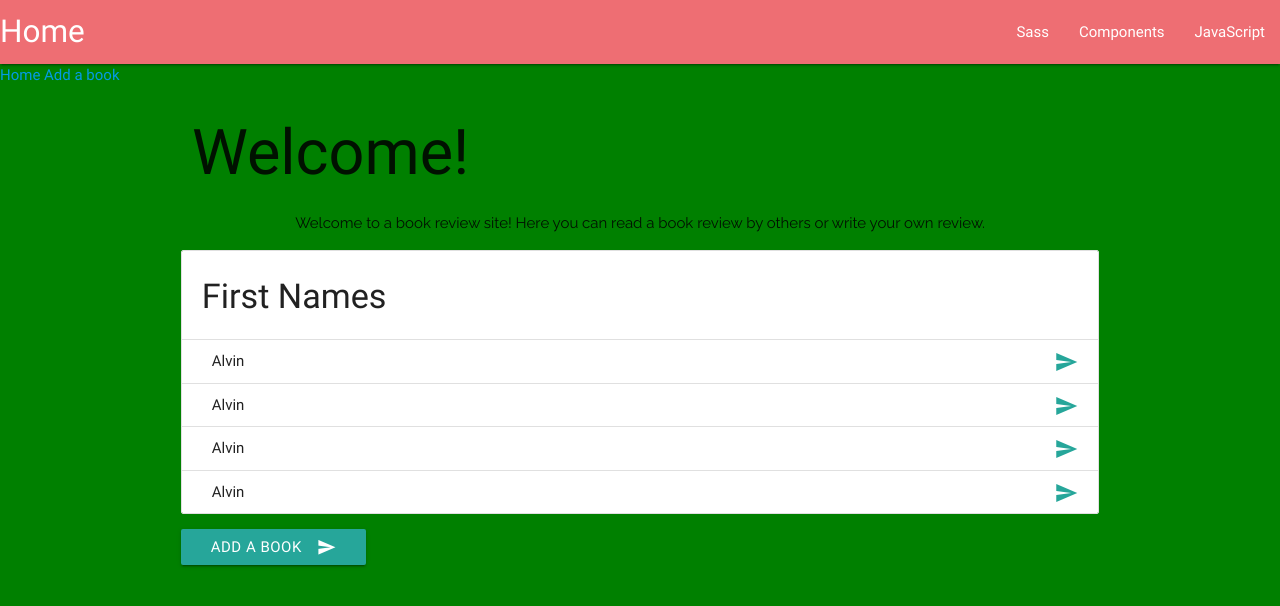
Repository: h8130084/bookReview
Page: http://localhost/
The author's editor kept a record of every edit. The page is drawn from the files as they stood at one moment, then again after the next edit.
The browser window is 1280 px wide. The pictures show the whole page.
Some web libraries are served in a nearby version. The page is served by the project's application, run on Flask 3 (app.py). Queries for data that is not in the repository find no rows.

Above is the page before.
Console error: ReferenceError: M is not defined

After the next edit:
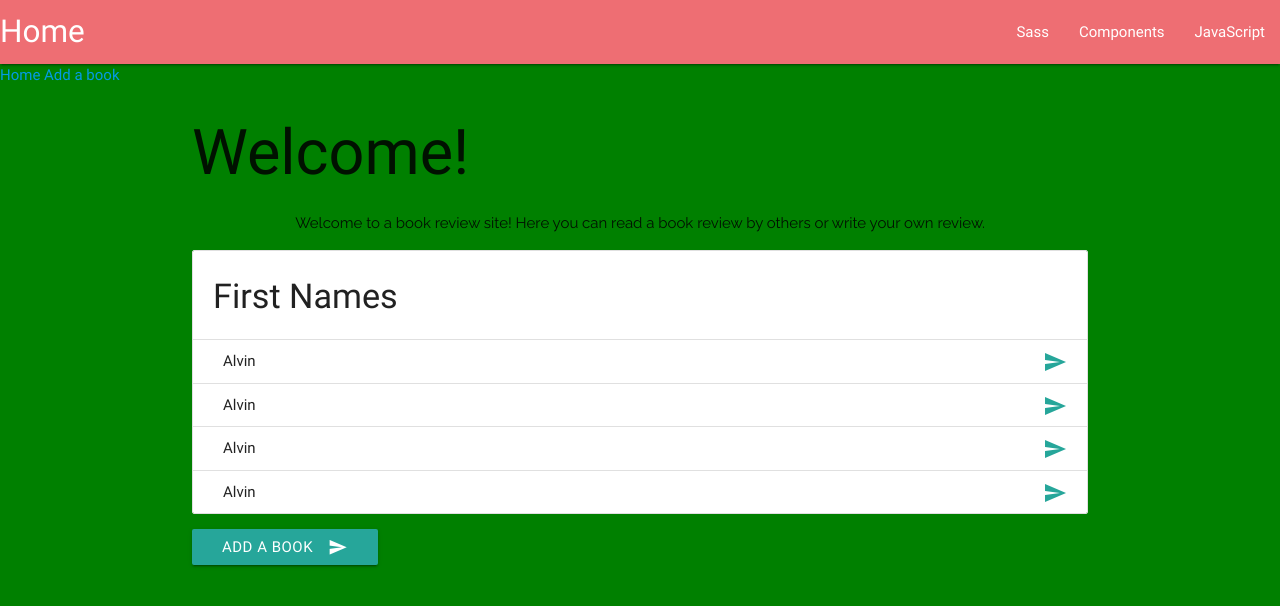
The edit:
--- a/templates/books.html
+++ b/templates/books.html
@@ -3,7 +3,10 @@
 <div class="wrapper">
     <h1> Welcome!</h1>
     <div class="sub-heading" "row"> Welcome to a book review site! Here you can read a book review by others or write your own review.</div>
-    <div class="row">
+
+
+
+
         <ul>
             {% for book in books%}
 

After the edit that followed:
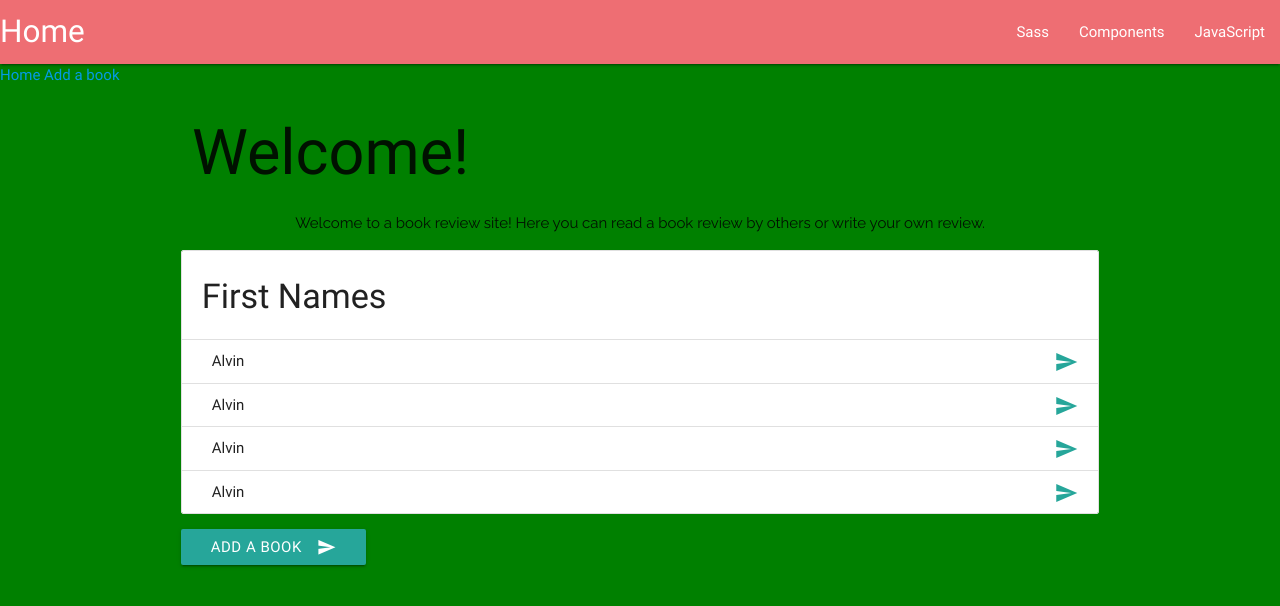
The edit:
--- a/templates/books.html
+++ b/templates/books.html
@@ -28,7 +28,7 @@
 
 
 
-
+ <div class="row">
      <ul class="collection with-header">
         <li class="collection-header"><h4>First Names</h4></li>
         <li class="collection-item"><div>Alvin<a href="#!" class="secondary-content"><i class="material-icons">send</i></a></div></li>
